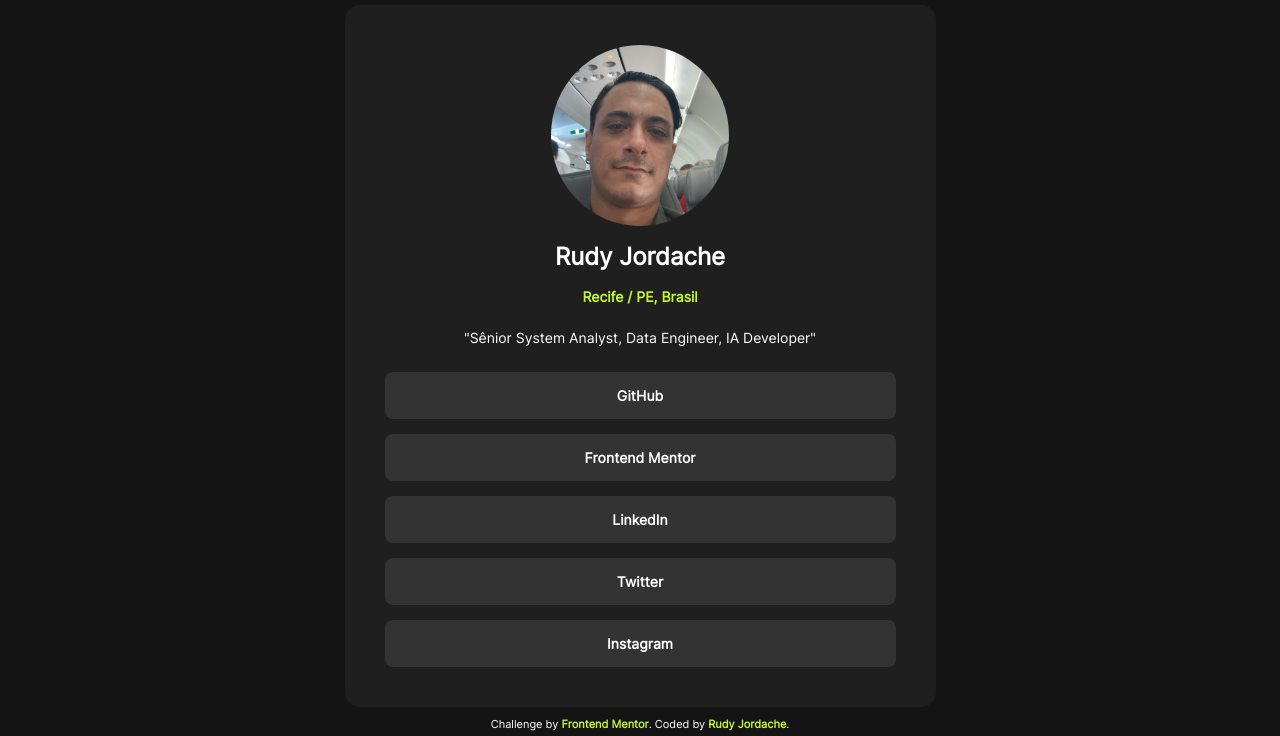
Repository: RudyJ/social-links-profile
Page: index.html
An editor plug-in stored every save of this project. The page is shown before and after the next save, followed by the edit.
The browser window is 1280 px wide. The pictures show the whole page.

Above is the page before, as saved 2024-04-02 20:29:55.

### index.html
<!DOCTYPE html>
<html lang="en">

  <head>
    <meta charset="UTF-8">
    <meta name="viewport" content="width=device-width, initial-scale=1.0">
    <!-- displays site properly based on user's device -->
    <link rel="icon" type="image/png" sizes="32x32" href="./assets/images/favicon-32x32.png">
    <title>Frontend Mentor | Social links profile</title>
    <link rel="stylesheet" href="./assets/css/style.css" />
  </head>

  <body>

    <div class="card">
      <div class="imagem">
        <img src="./assets/images/me.png" />
      </div>
      <h1>Rudy Jordache</h1>
      <h2>Recife / PE, Brasil</h2>
      <p>"Sênior System Analyst, Data Engineer, IA Developer"</p>
      <ul>
        <li>
          <a href="#">GitHub</a>
        </li>
        <li>
          <a href="#">Frontend Mentor</a>
        </li>
        <li>
          <a href="#">LinkedIn</a>
        </li>
        <li>
          <a href="#">Twitter</a>
        </li>
        <li>
          <a href="#">Instagram</a>
        </li>
      </ul>
    </div>

    <div class="attribution">
      Challenge by <a href="https://www.frontendmentor.io?ref=challenge" target="_blank">Frontend Mentor</a>.
      Coded by <a href="#">Rudy Jordache</a>.
    </div>
  </body>

</html>

### assets/css/style.css
@font-face {
    font-family: 'Inter';
    src: url('../fonts/static/Inter-Regular.ttf');
    font-weight: 400;
}


body {
    background-color: hsl(0, 0%, 8%);
    color: hsl(0, 0%, 100%);
    display: flex;
    flex-direction: column;
    align-items: center;
    justify-content: center;
    height: 100vh;
    overflow: hidden;
    font-family: 'Inter';
    font-weight: 400;
    font-size: 14px;
}


body .card {
    background-color: hsl(0, 0%, 12%);
    padding:  40px 40px 25px 40px;
    box-sizing: border-box;
    border-radius: 15px;
    text-align: center;
}

body .card .imagem {
    width: 35%;
    border-radius: 50%;
    overflow: hidden;
    display: block;
    margin: auto;
}

body .card .imagem img {
    width: 100%;
    display: block;
}


body .card h1 {
    font-size: 24px;
    font-weight: 700;
}
body .card h2 {
    color: hsl(75, 94%, 57%);
    font-size: 14px;
    margin-bottom: 24px;
    font-weight: 600;
}
body .card p {
    font-size: 14px;
    margin-bottom: 26px;
}

body .card ul {
    list-style: none;
    padding-left: 0;
}

body .card ul li {
    margin-bottom: 15px;
}

body .card ul li a {
    background-color: hsl(0, 0%, 20%);
    color: hsl(0, 0%, 100%);
    text-decoration: none;
    display: block;
    padding: 15px;
    border-radius: 8px;
    font-weight: 700;
}
body .card ul li a:hover {
    background-color: hsl(75, 94%, 57%);
    color: hsl(0, 0%, 12%);
}

.attribution {
    font-size: 11px;
    text-align: center;
    margin-top: 10px;
}

.attribution a {
    color: hsl(75, 94%, 57%);
    font-weight: 600;
    text-decoration: none;
}

After the next save:
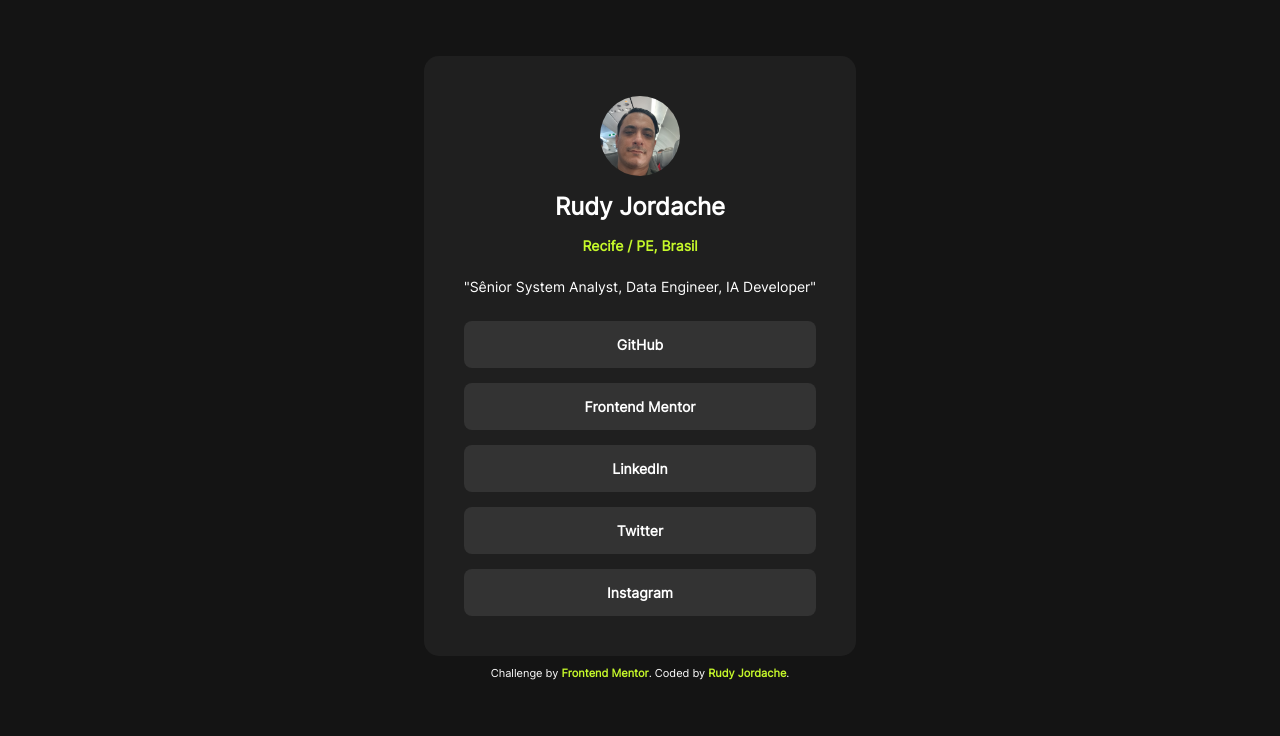
Saved 16 s later.
--- a/assets/css/style.css
+++ b/assets/css/style.css
@@ -29,7 +29,8 @@ body .card {
 }
 
 body .card .imagem {
-    width: 35%;
+    width: 80px;
+    height: 80px;
     border-radius: 50%;
     overflow: hidden;
     display: block;
